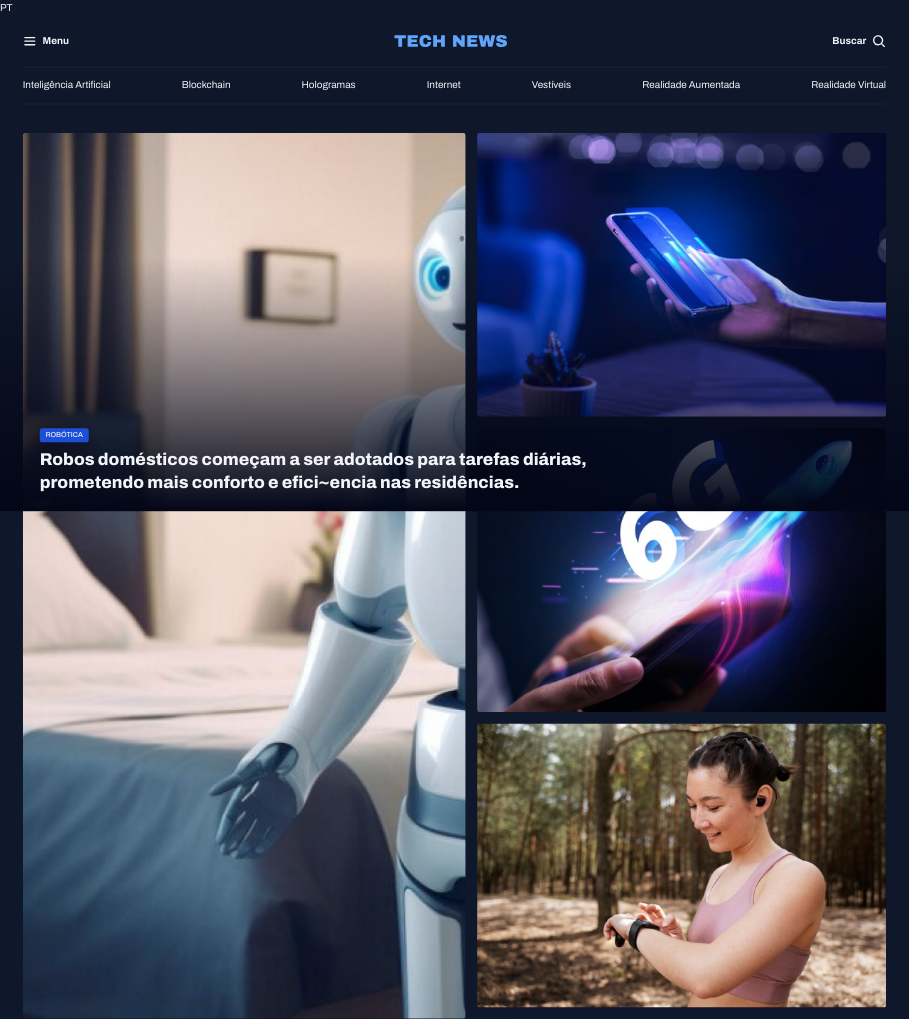
Repository: JeffRodFer/portalDeNoticias
Page: index.html
An editor plug-in stored every save of this project. The page is shown before and after a run of saves, followed by the edit.
The browser window is 1280 px wide. The pictures show the whole page, at 71% of full size.

Above is the page before, as saved 2025-04-15 21:46:55.

After the next 5 saves:
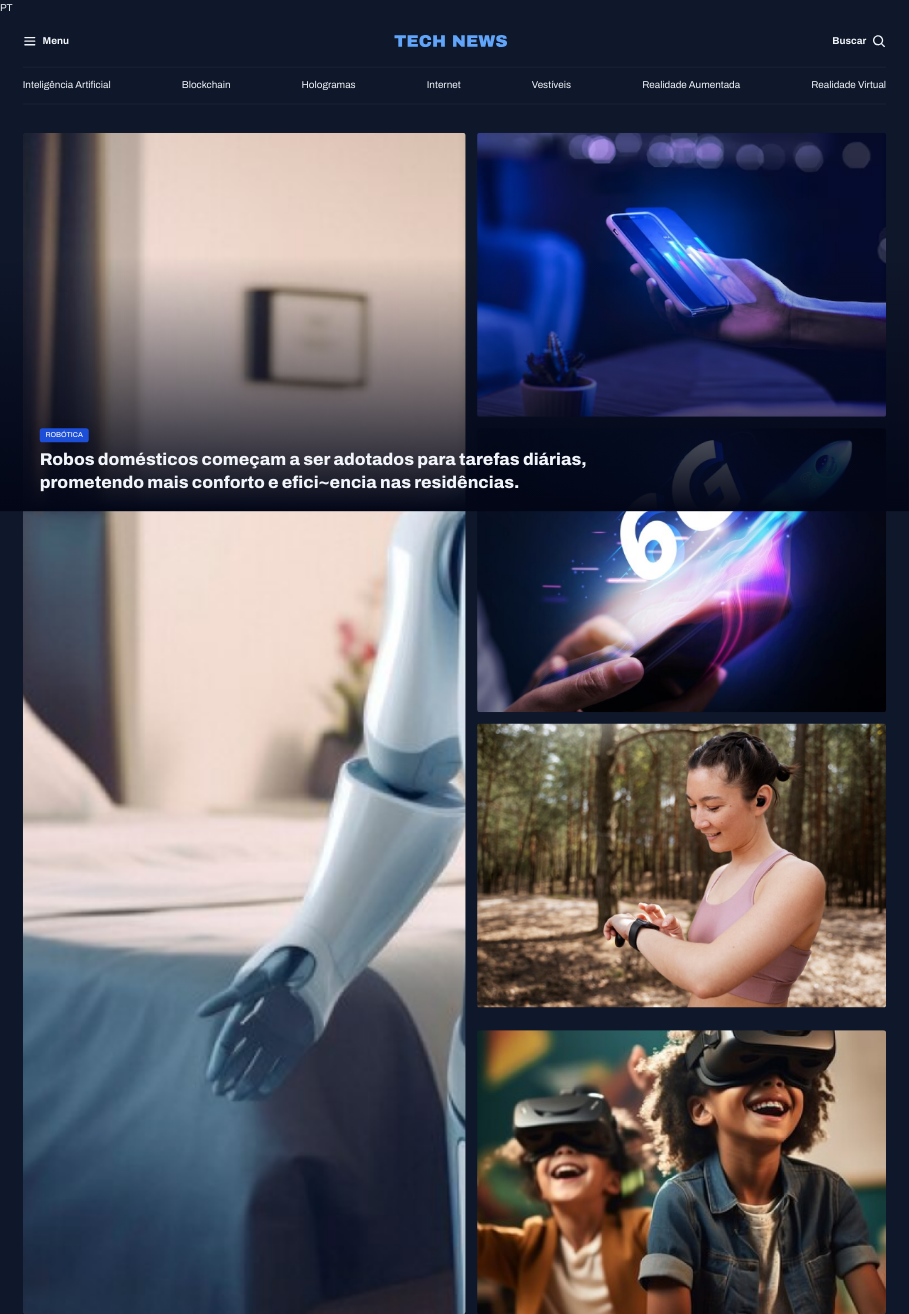
The 5 saves are shown as one change because they came seconds apart.
The last was saved 10 s later.
--- a/index.html
+++ b/index.html
@@ -58,7 +58,7 @@ PT<!DOCTYPE html>
         <figure>
           <img src="assets/images/Image 04.png" alt="">
         </figure>
-        <f
+        <figure></figure>
           <img src="assets/images/Image 05.png" alt="">
         </div>
       </div>
